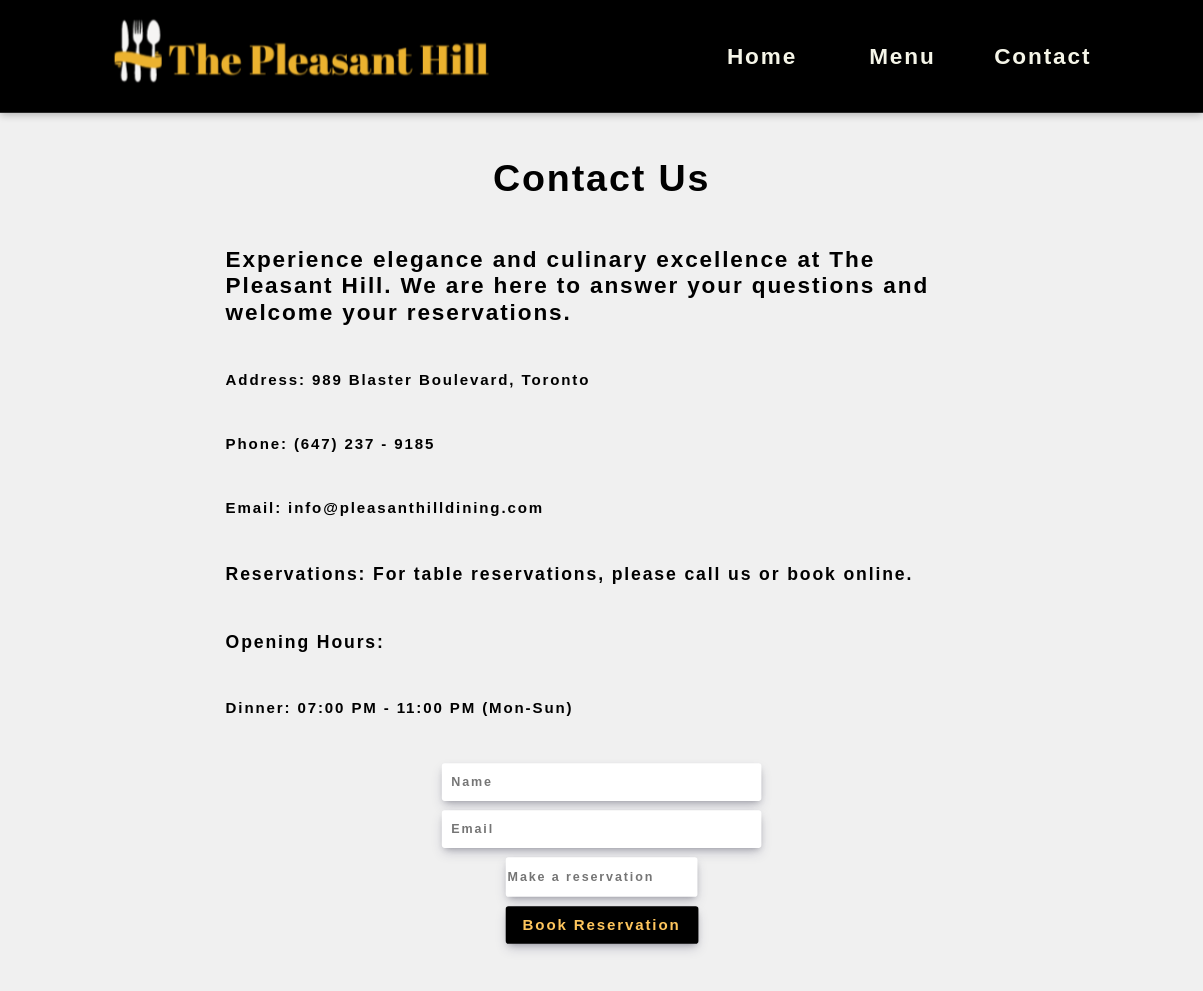
Repository: shayanabedi98/pleasant-hill-restaurant
Page: /, after clicking the first element matching `ul > :nth-child(3)`
The author's editor kept a copy of each file at every save. The page is drawn from the files as they stood at one save, then again after the next save.
The browser window is 1280 px wide. The pictures show the part of the page from y = 0 to 1054 px (the page is 1710 px tall), at 94% of full size.
Pictures or frames that could not be fetched are drawn as grey boxes. Some web fonts or font styles are not loaded; a fallback is used. The project was rebuilt for these pictures with package versions that can differ from the ones it lists, and the page was loaded fresh each time. Also part of the build but not shown: vite.config.js, src/components/MenuList.jsx, src/components/Appetizers.jsx, src/components/Entrees.jsx, src/components/Desserts.jsx, src/components/Drinks.jsx, src/components/Menu.jsx, src/index.css.

Above is the page before, as saved 2024-01-08 18:10:34.

After the next save:
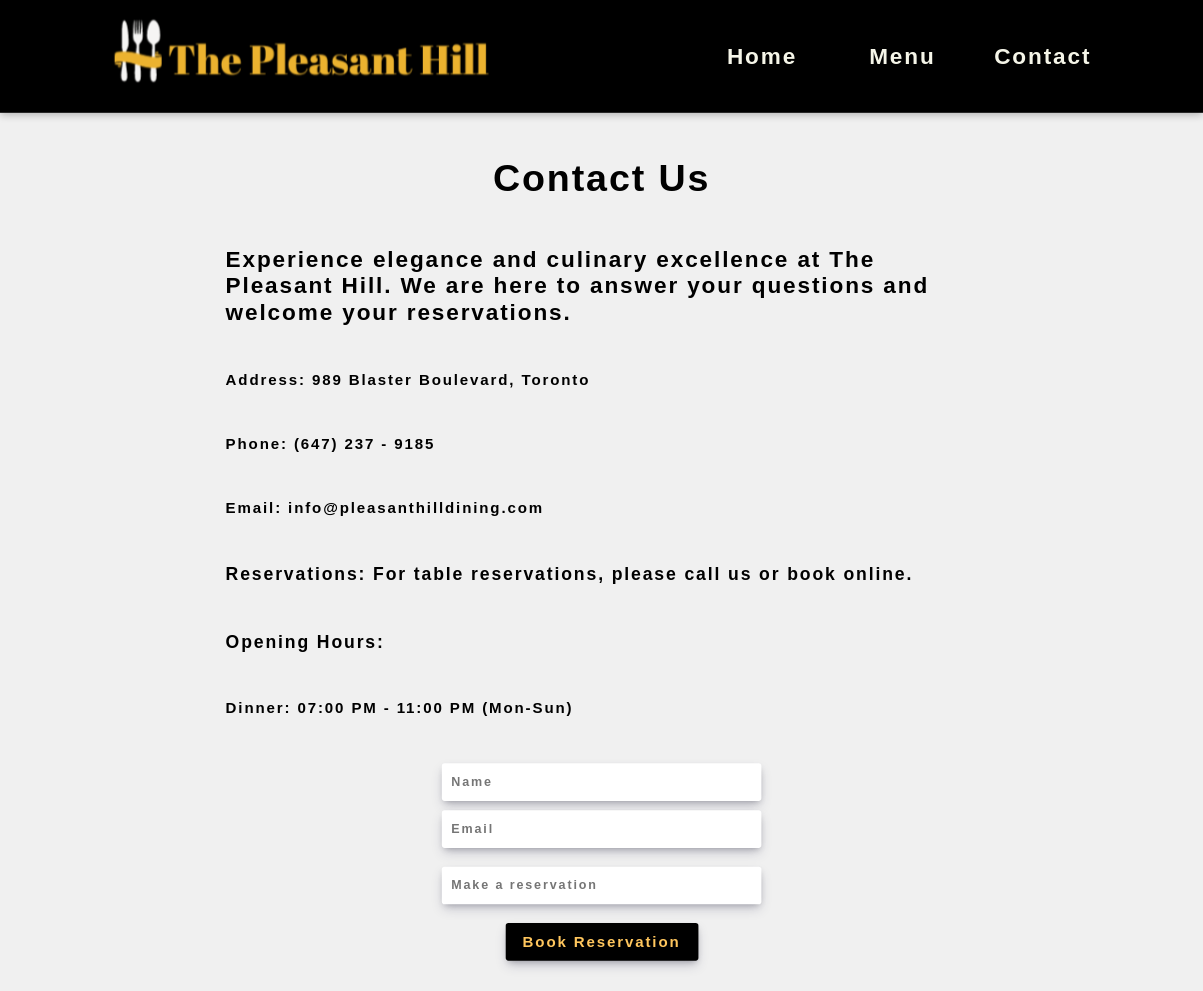
Saved 65 s later.
--- a/src/App.css
+++ b/src/App.css
@@ -214,12 +214,14 @@ body {
 }
 
 .contact input {
-  width: 200px;
-  height: 40px;
+  margin: 10px auto;
+  width: 320px;
+  height: 20px;
+  text-align: start;
+  padding: 10px;
   border: none;
   border-radius: 3px;
   box-shadow: rgba(50, 50, 93, 0.25) 0px 6px 12px -2px, rgba(0, 0, 0, 0.3) 0px 3px 7px -3px;
-  text-align: start;
   font-family: sans-serif;
   display: block;
 }
